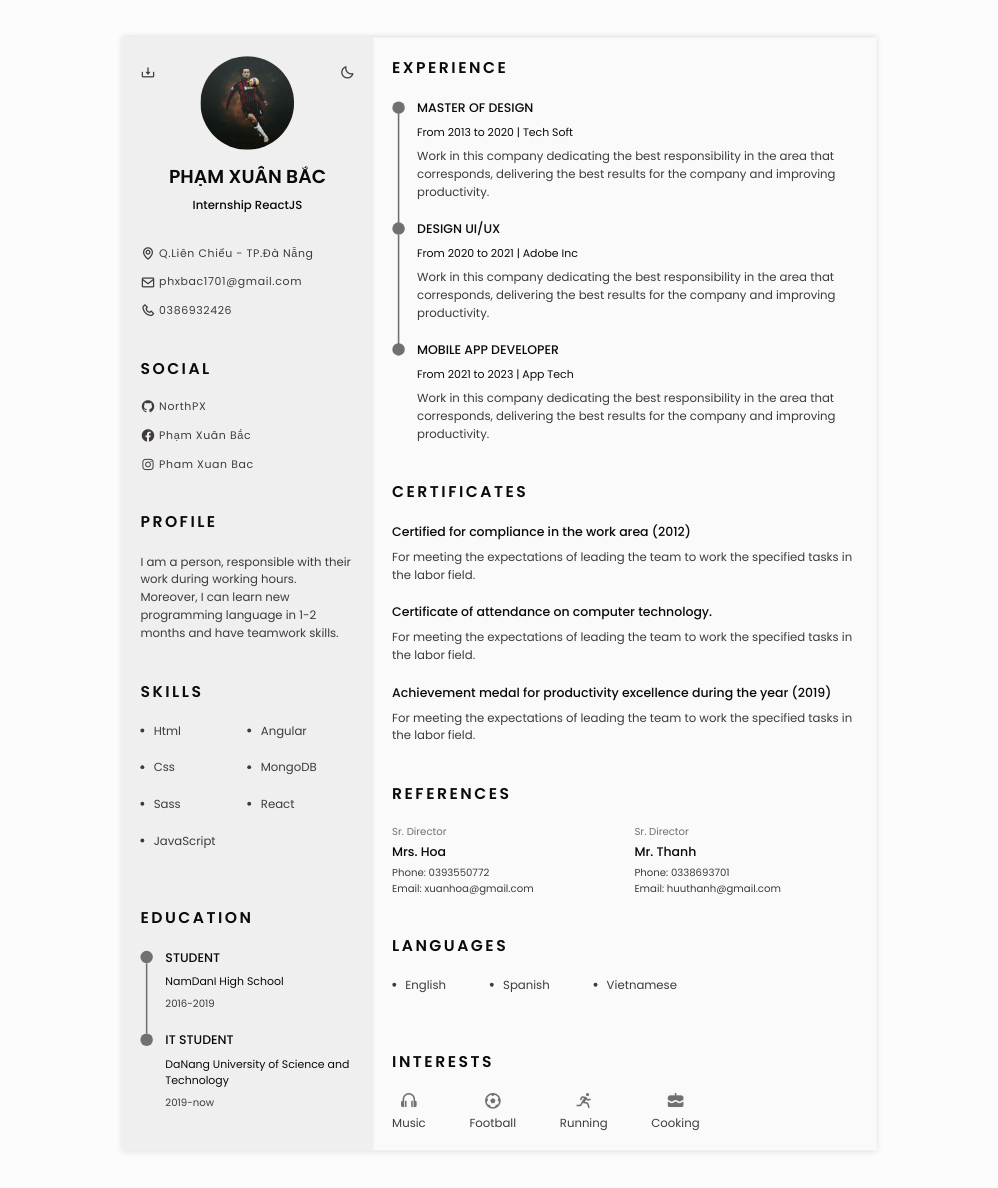
Repository: northpx/myCV
Page: index.html
An editor plug-in stored every save of this project. The page is shown before and after the next save, followed by the edit.
The browser window is 1280 px wide. The pictures show the whole page, at 78% of full size.

Above is the page before, as saved 2023-02-23 16:57:53.

After the next save:
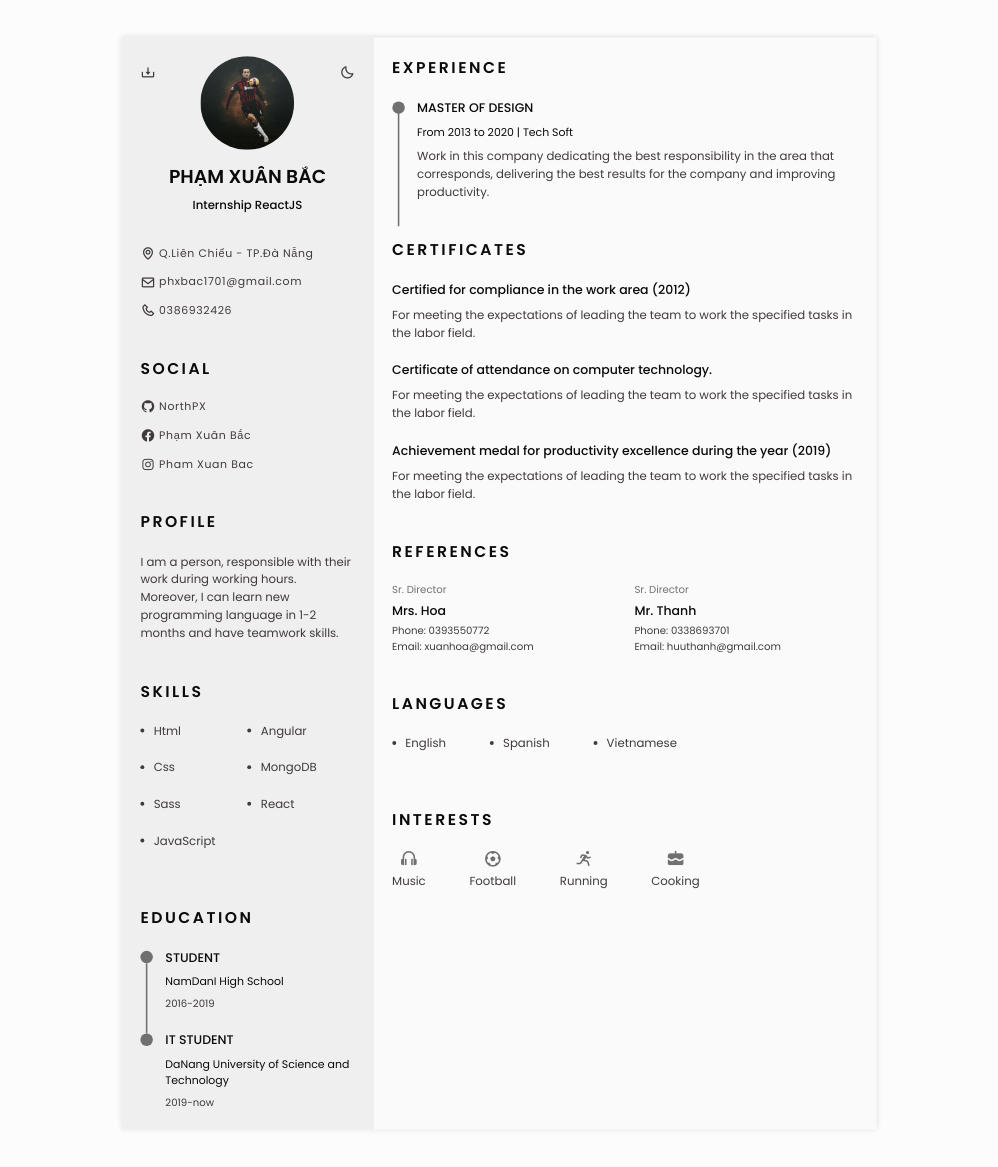
Saved 39 s later.
--- a/index.html
+++ b/index.html
@@ -199,7 +199,7 @@
                                 <p class="experience__description">Work in this company dedicating the best responsibility in the area that corresponds, delivering the best results for the company and improving productivity.</p>
                             </div>
                         </div>
-                        <div class="experience__content">
+                        <!-- <div class="experience__content">
                             <div class="experience__time">
                                 <span class="experience__rounder"></span>
                                 <span class="experience__line"></span>
@@ -219,7 +219,7 @@
                                 <span class="experience__company">From 2021 to 2023 | App Tech</span>
                                 <p class="experience__description">Work in this company dedicating the best responsibility in the area that corresponds, delivering the best results for the company and improving productivity.</p>
                             </div>
-                        </div>
+                        </div> -->
                     </div>
                 </section>
 
